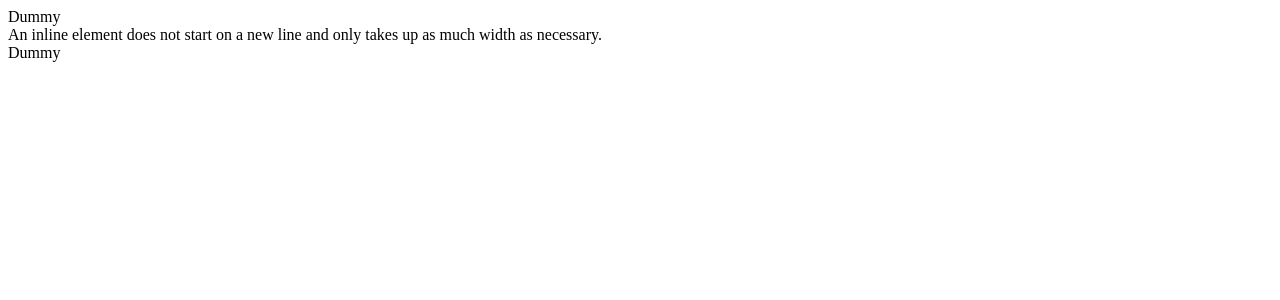
Repository: daeun0220/KB_EDU_JAVA
Page: work03_FrontUI/front02_CSS3/src/main/webapp/css11_display(w3c).html
An editor plug-in stored every save of this project. The page is shown before and after the next save, followed by the edit.
The browser window is 1280 px wide. The pictures show the whole page.

Above is the page before, as saved 2023-08-08 05:10:03.

### work03_FrontUI/front02_CSS3/src/main/webapp/css11_display(w3c).html
<!DOCTYPE html>
<html>
<head>
<meta charset="UTF-8">
<title>Insert title here</title>
<style>
#box {
	/*display: none;*/
	/*display: inline;*/
	/*display: block;*/
	/*visibility: hidden;*/
	/*display: inline-block;*/
}
</style>
</head>
<body>
<span>Dummy</span>
<div id="box">
	<span>An inline element does not start on a new line and only takes up as much width as necessary.</span>
</div>
<span>Dummy</span>
</body>
</html>

After the next save:
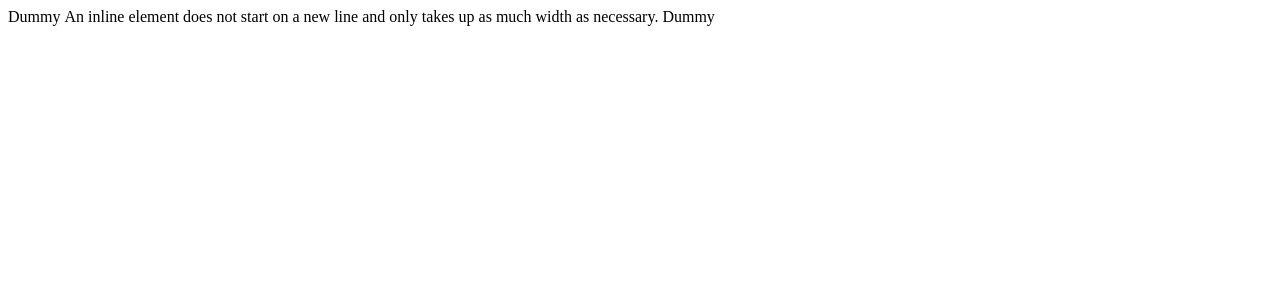
Saved 4 s later.
--- a/work03_FrontUI/front02_CSS3/src/main/webapp/css11_display(w3c).html
+++ b/work03_FrontUI/front02_CSS3/src/main/webapp/css11_display(w3c).html
@@ -6,7 +6,7 @@
 <style>
 #box {
 	/*display: none;*/
-	/*display: inline;*/
+	display: inline;
 	/*display: block;*/
 	/*visibility: hidden;*/
 	/*display: inline-block;*/

After the save that followed:
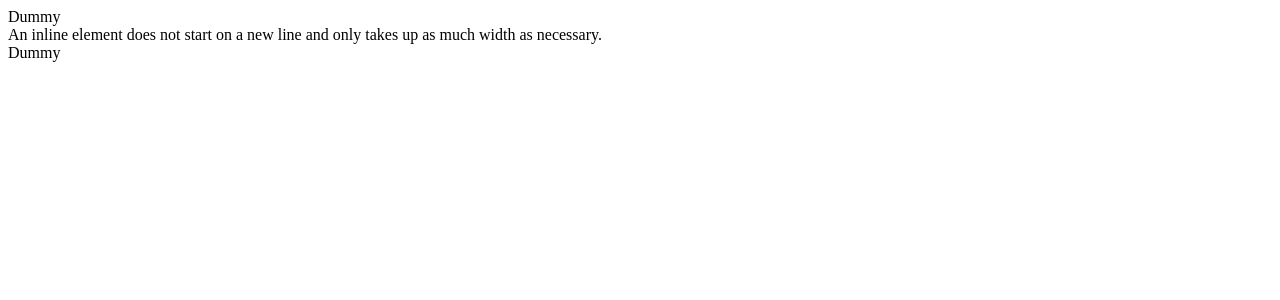
Saved 33 s later.
--- a/work03_FrontUI/front02_CSS3/src/main/webapp/css11_display(w3c).html
+++ b/work03_FrontUI/front02_CSS3/src/main/webapp/css11_display(w3c).html
@@ -6,7 +6,7 @@
 <style>
 #box {
 	/*display: none;*/
-	display: inline;
+	/*display: inline;*/
 	/*display: block;*/
 	/*visibility: hidden;*/
 	/*display: inline-block;*/
